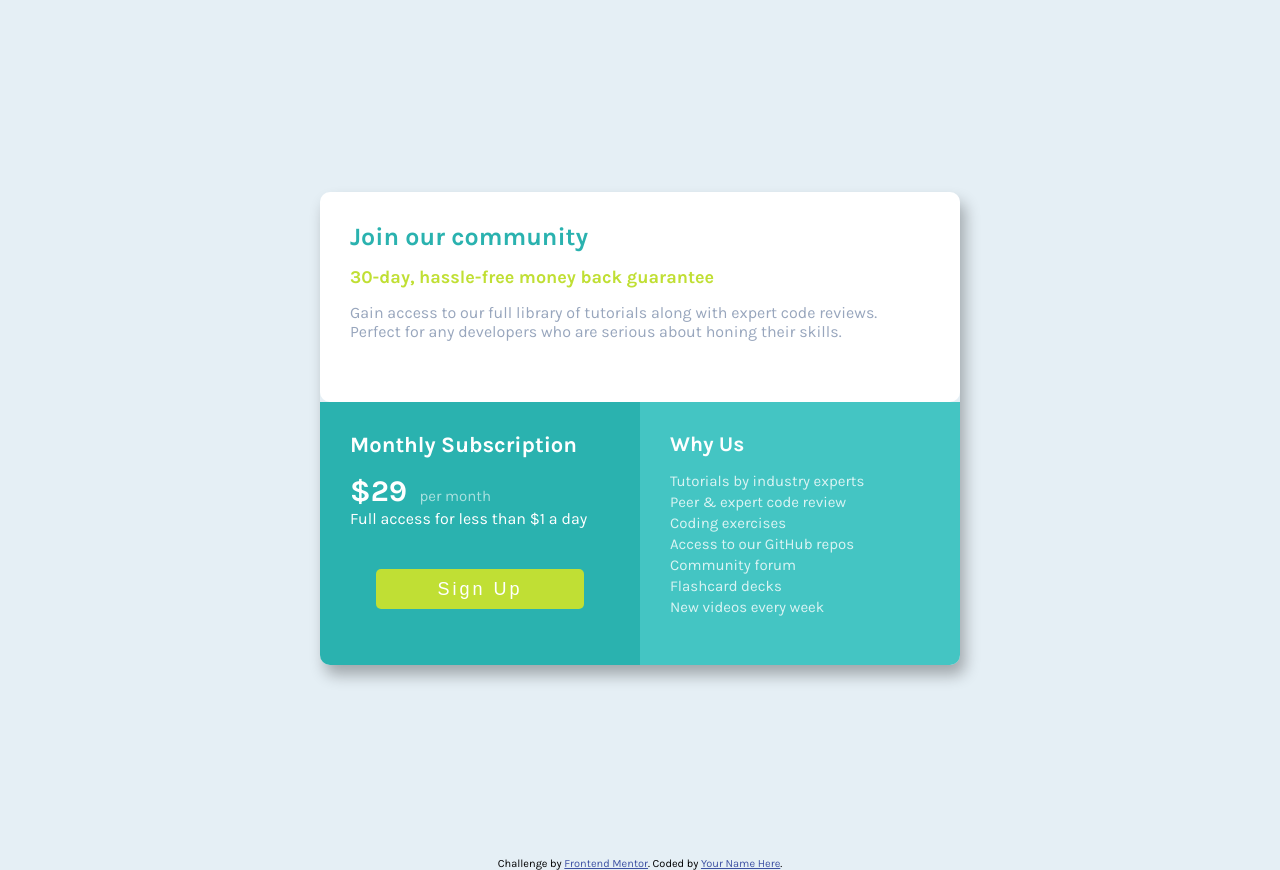
Repository: Pedrohamoura-Git/Frontend-Mentor-Challenges
Page: Newbie/single-price-grid-component-master/index.html
An editor plug-in stored every save of this project. The page is shown before and after the next save, followed by the edit.
The browser window is 1280 px wide. The pictures show the whole page.

Above is the page before, as saved 2021-05-31 16:02:42.

### Newbie/single-price-grid-component-master/index.html
<!DOCTYPE html>
<html lang="en">
<head>
  <meta charset="UTF-8">
  <meta name="viewport" content="width=device-width, initial-scale=1.0"> <!-- displays site properly based on user's device -->

  <link rel="stylesheet" href="css/style.css">
  <title>Frontend Mentor | Single Price Grid Component</title>

  <!-- Feel free to remove these styles or customise in your own stylesheet 👍 -->
  <style>
    .attribution { font-size: 11px; text-align: center; }
    .attribution a { color: hsl(228, 45%, 44%); }
  </style>
</head>
<body>
  <div id="wrapper">
    <header id="card1">
      <h1>Join our community</h1>
      <h2>30-day, hassle-free money back guarantee</h2>
      <p>Gain access to our full library of tutorials along with expert code reviews. Perfect for any developers who are serious about honing their skills.</p>
    </header>

    <div id="columns">
      <div id="card2">
        <h2>Monthly Subscription</h2>
        <h3 class="price">&dollar;29</h3>
        <span>per month</span>
        <p>Full access for less than &dollar;1 a day</p>

        <form action="#">
          <input type="submit" value="Sign Up" name="Sign Up" id="signup">
          </input>
        </form>
      </div>

      <div id="card3">
        <h2>Why Us</h2>
        <p>Tutorials by industry experts<br>
          Peer &amp; expert code review<br>
          Coding exercises<br>
          Access to our GitHub repos<br>
          Community forum<br>
          Flashcard decks<br>
          New videos every week</p>
      </div>
    </div>

  </div>








  <footer>
    <p class="attribution">
      Challenge by <a href="https://www.frontendmentor.io?ref=challenge" target="_blank">Frontend Mentor</a>.
      Coded by <a href="#">Your Name Here</a>.
    </p>
  </footer>
</body>
</html>

### Newbie/single-price-grid-component-master/css/style.css
/*
** Core Formatting
*/
    @import url('https://fonts.googleapis.com/css2?family=Karla:wght@400;700&display=swap');

    * {
        padding: 0;
        margin: 0;
        box-sizing: border-box;
    }

    html {
        font-size: 62.5%;
    }

    body {
        background-color: hsl(204, 43%, 93%);
        font-family: Karla;
    }


/*
** Mobile - Wrapper
*/
    #wrapper {
        border-radius: 1rem;
        box-shadow: 5px 10px 15px rgba(0, 0, 0, .3);
        display: grid;
        grid-template-rows: repeat(auto-fit, minmax(200px, 1fr));
        margin: 15% auto;
        width: 90%;

        /* border: 1px solid red; */
    }

    #card1, #card2, #card3 {
        padding: 1.5rem;
        min-height: 210px;
    }

    /*
    ** Card 1
    */
        #card1 {
            background-color: white;
            border-radius: 1rem;
        }

        #card1 h1 {
            color: hsl(179, 62%, 43%);
            font-size: 2.5rem;
            margin-bottom: 1.5rem;
        }

        #card1 h2 {
            color: hsl(71, 73%, 54%);
            font-size: 1.8rem;
            margin-bottom: 1.5rem;
        }

        #card1 p {
            margin-bottom: 1.5rem;
            color: hsl(218, 22%, 67%);
            font-size: 1.6rem;
            margin-bottom: 1.5rem;
        }



    /*
    ** Card 2
    */
        #card2 {
            color: white;
            background-color: hsl(179, 62%, 43%);
        }

        #card2 h2 {
            font-size: 2.2rem;
            margin-bottom: 1.5rem;
        }

        #card2 h3.price {
            display: inline;
            font-size: 3rem;
            font-weight: 700;
            margin-bottom: 1.5rem;
        }

        #card2 span {
            font-size: 1.5rem;
            margin-left: 1rem;
            margin-bottom: 1rem;
            opacity: 60%;
        }

        #card2 p {
            font-size: 1.6rem;
            margin-bottom: 1.5rem;
        }

        #card2 form input {
            background-color: hsl(71, 73%, 54%);
            border: none;
            border-radius: .5rem;
            color: white;
            font-size: 1.8rem;
            letter-spacing: .3rem;
            margin: 10%;
            width: 80%;
            height: 4rem;

        }

        #card2 input:hover, input:active {
            background-color: hsl(71, 93%, 62%);
            color: hsl(179, 62%, 43%);
        }





        #card3 {
            background-color: hsl(179, 53%, 52%);
            border-bottom-left-radius: 1rem;
            border-bottom-right-radius: 1rem;
            color: white;
        }

        #card3 h2 {
            font-size: 2.1rem;
            margin-bottom: 1.5rem;
        }

        #card3 p {
            font-size: 1.5rem;
            line-height: 2.1rem;
            opacity: 80%;
        }


    /*
    ** Tablets & Desktops
    */
        @media (min-width: 600px) {
            #wrapper {
                display: block;
                max-width: 640px;

                /* border: 1px solid red; */
            }

            #columns {
                display: grid;
                grid-template-columns: repeat(auto-fit, minmax(50%, 1fr));
            }

            #card1 {
                padding: 3rem;
            }

            #card2 {
                border-bottom-left-radius: 1rem;
                padding: 3rem;

            }

            #card3 {
                border-bottom-left-radius: 0;
                padding: 3rem;
            }

        }

After the next save:
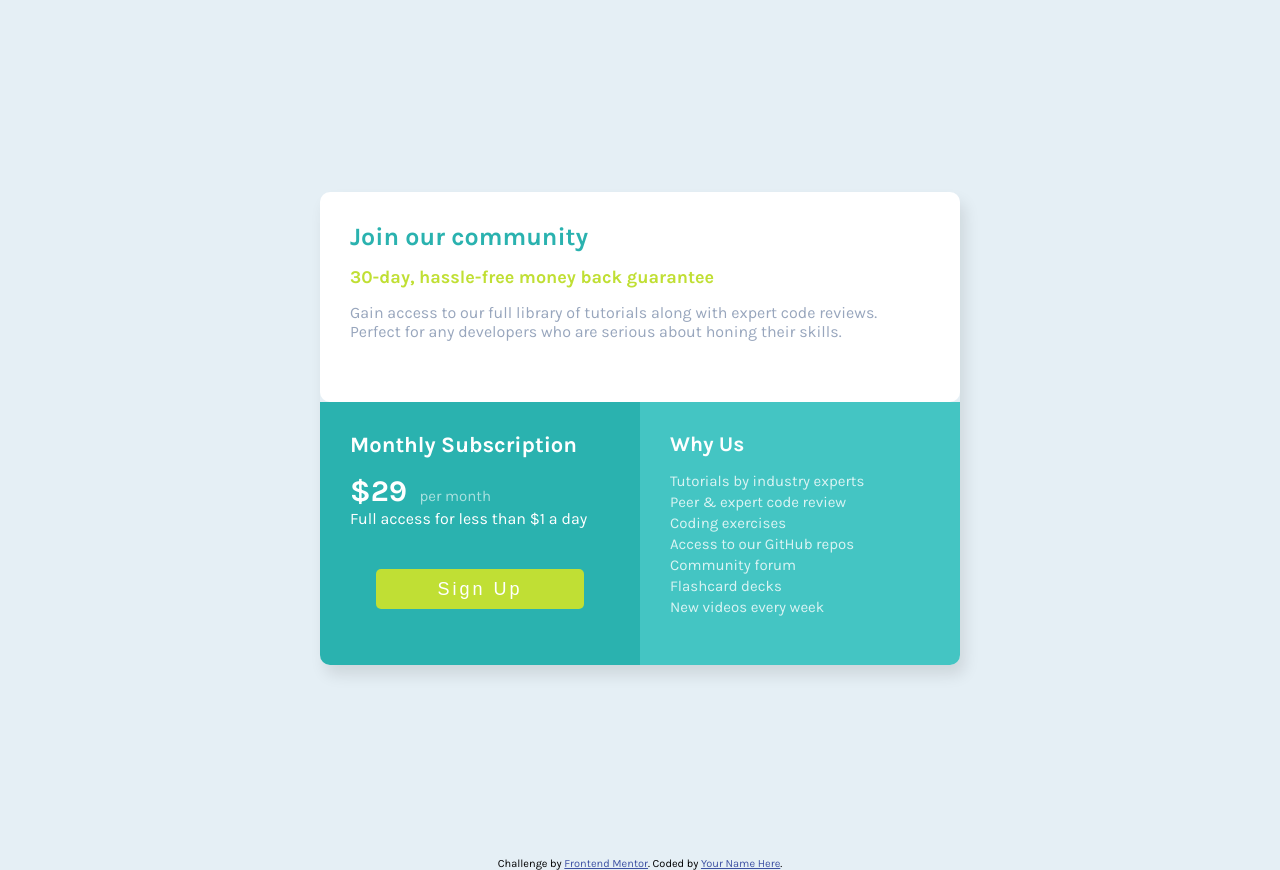
Saved 10 s later.
--- a/Newbie/single-price-grid-component-master/css/style.css
+++ b/Newbie/single-price-grid-component-master/css/style.css
@@ -24,7 +24,7 @@
 */
     #wrapper {
         border-radius: 1rem;
-        box-shadow: 5px 10px 15px rgba(0, 0, 0, .3);
+        box-shadow: 5px 10px 15px rgba(0, 0, 0, .1);
         display: grid;
         grid-template-rows: repeat(auto-fit, minmax(200px, 1fr));
         margin: 15% auto;
